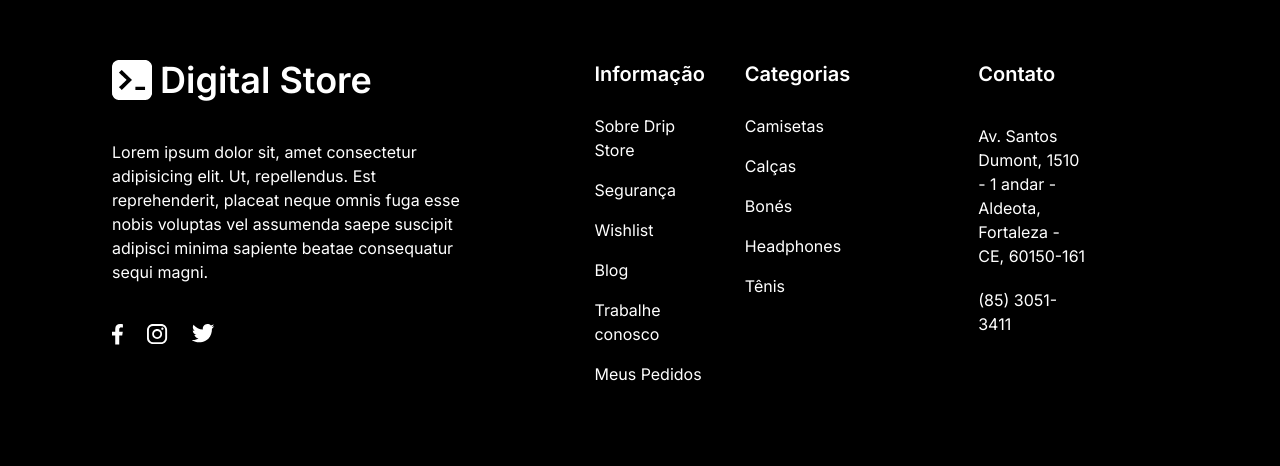
Repository: geracao-09/digital-store
Page: index.html
These files come from the project's save history. The page is drawn as it stood at one moment and after the next save; the edit follows.
The browser window is 1280 px wide. The pictures show the part of the page from y = 3410 to 3876 px (the page is 3876 px tall).
A picture or video elsewhere on the page could not be fetched, so the positions and the page height are approximate.

Above is the page before, as saved 2025-04-25 09:02:17.

After the next save:
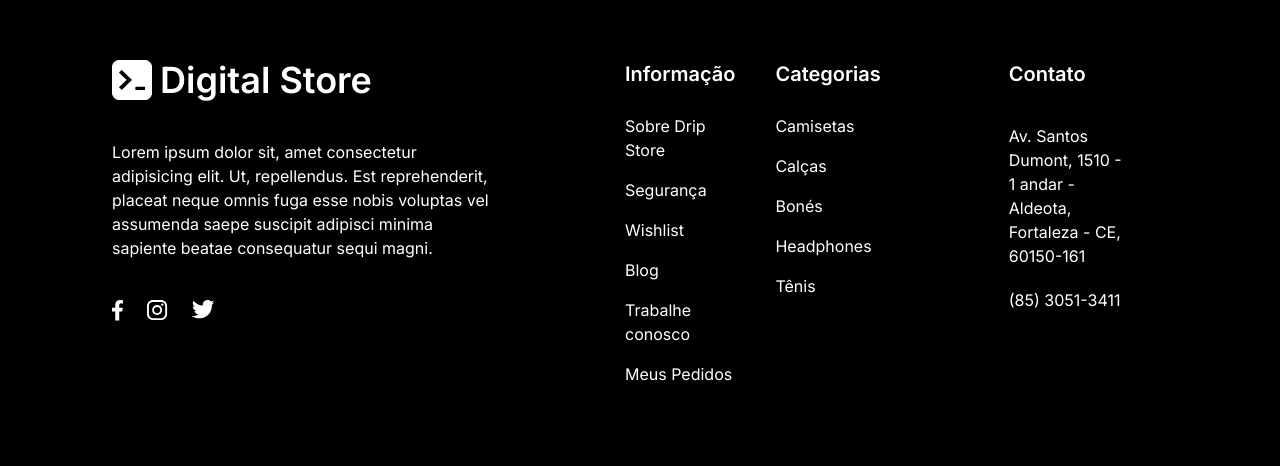
Saved 10 s later.
--- a/index.html
+++ b/index.html
@@ -318,7 +318,7 @@
         </div>
     </section>
 </main>
-<footer class="bg-black text-white py-20 px-28 flex flex=col gap-10">
+<footer class="bg-black text-white py-20 px-28 flex flex=col gap-5">
     <div class="flex gap-32">
         <div  class="flex flex-col gap-10">
             <div class="flex gap-2">
